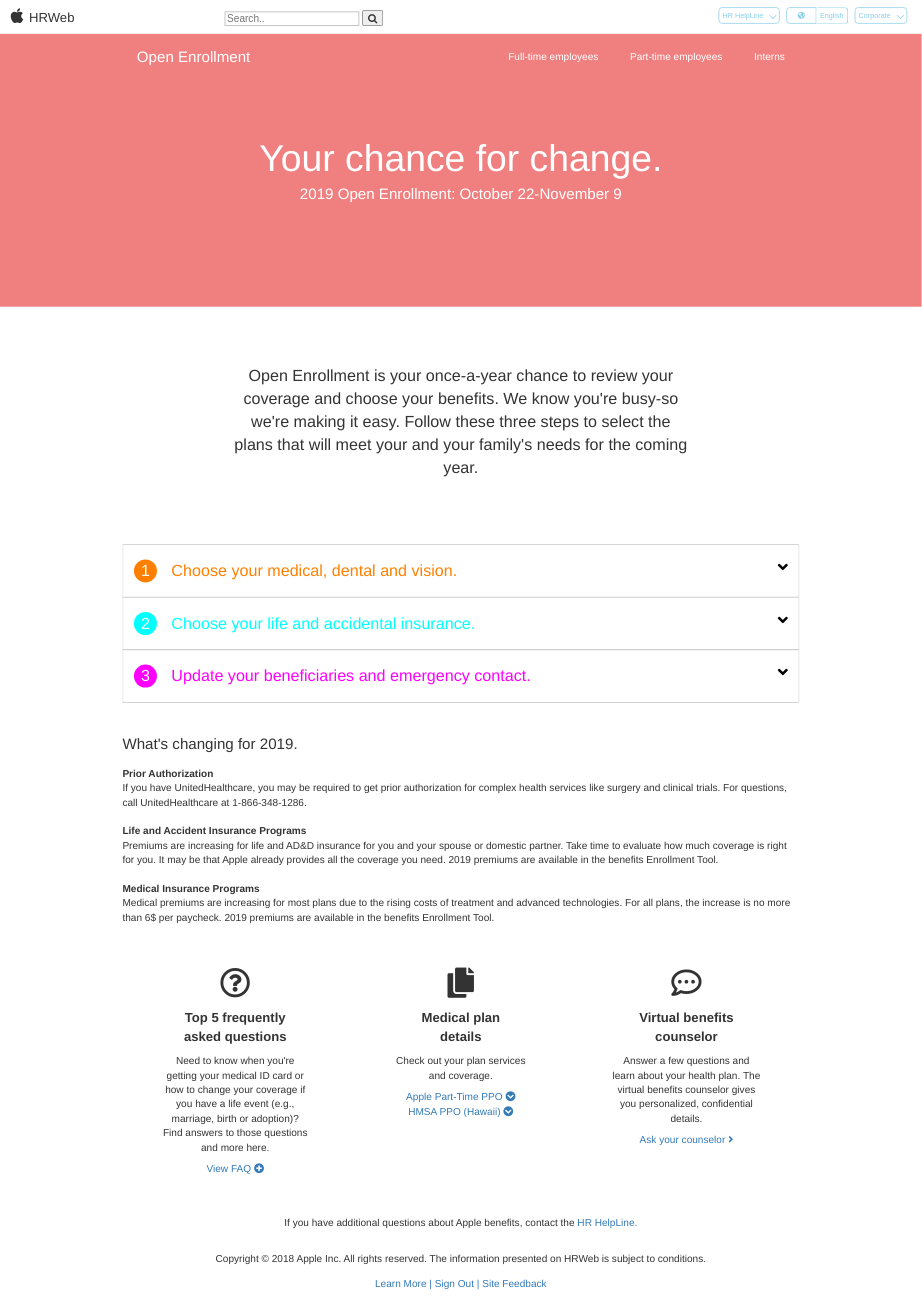
Repository: rmcc0724/templates
Page: index.html
The author's editor kept a record of every edit. The page is drawn from the files as they stood at one moment, then again after the next edit.
The browser window is 1280 px wide. The pictures show the whole page, at 72% of full size.
Some web libraries are served in a nearby version.

Above is the page before.

### index.html
<!DOCTYPE html>
<html lang="en">
<head>
  <meta name="viewport" content="width=device-width, initial-scale=1" <title>
  </title>
  <link rel="stylesheet" href="https://use.fontawesome.com/releases/v5.5.0/css/all.css" integrity="sha384-B4dIYHKNBt8Bc12p+WXckhzcICo0wtJAoU8YZTY5qE0Id1GSseTk6S+L3BlXeVIU" crossorigin="anonymous">
  <link rel="stylesheet" href="https://maxcdn.bootstrapcdn.com/bootstrap/3.3.7/css/bootstrap.min.css">
  <link rel="stylesheet" href="https://cdnjs.cloudflare.com/ajax/libs/font-awesome/4.7.0/css/font-awesome.min.css">
  <script src="https://ajax.googleapis.com/ajax/libs/jquery/3.3.1/jquery.min.js"></script>
  <script src="https://maxcdn.bootstrapcdn.com/bootstrap/3.3.7/js/bootstrap.min.js"></script>
  <script src="https://cdnjs.cloudflare.com/ajax/libs/popper.js/1.14.5/umd/popper.min.js"></script>
  <link rel="stylesheet" href="css/normalize.css">
  <link rel="stylesheet" href="css/style.css">
  <link rel="stylesheet" href="css/responsive.css">
</head>
<body>
  <div id="top-items">
    <p><i class="fab fa-apple fa-x3"></i>HRWeb</p>
    <div class="searchForm example">
      <input type="text" placeholder="Search.." name="search">
      <button type="submit"><i class="fa fa-search"></i></button>
    </div>

    <div class="dropdownItems">
      <div class="dropdown">
        <button class="dropbtn">HR HelpLine<i class="arrow down"></i></button>
        <div id="myDropdown" class="dropdown-content">
          <a href="#hrhelpline">1800-HR</a>
        </div>
      </div>
      <div class="dropdown earth">
        <button class="dropbtn"><i class="fas fa-globe-americas"></i></button>
        <div id="myDropdown" class="dropdown-content">
        </div>
      </div><div class="dropdown">
        <button class="dropbtn eng">English</button>
        <div id="myDropdown" class="dropdown-content">
          <a href="#hrhelpline">English</a>
        </div>
      </div>
      <div class="dropdown">
        <button class="dropbtn">Corporate<i class="arrow down"></i></button>
        <div id="myDropdown" class="dropdown-content">
          <a href="#hrhelpline">Corporate</a>
        </div>
      </div>
    </div>
  </div>
  <header>
    <div class="nav-links">
      <h3>Open Enrollment</h3>
      <nav>
        <ul>
          <li><a href="#">Full-time employees</a></li>
          <li><a href="#">Part-time employees</a></li>
          <li><a href="#">Interns</a></li>
        </ul>
      </nav>
    </div>
    <div class="change">
      <h1 class="text-center">Your chance for change.</h1>
      <h4 class="text-center">2019 Open Enrollment: October 22-November 9</h4>
    </div>
  </header>
  <div class="container">
    <div class="chance">
      <p>Open Enrollment is your once-a-year chance to review your coverage and choose your benefits. We know you're busy-so we're making it easy. Follow these three steps to select the plans that will meet your and your family's needs for the coming year.</p>
      <!----Here I used the bootstrap accordion function -->
      <div class="panel-group" id="accordion">
        <div class="panel panel-default panel_1">
          <div class="panel-heading">
            <h4 class="panel-title">
              <a data-toggle="collapse" data-parent="#accordion" href="#collapse1"><span class="nums num1">1 </span><span>Choose your medical, dental and vision.</span><i class="fas fa-angle-down"></i></a>
            </h4>
          </div>
          <div id="collapse1" class="panel-collapse collapse">
            <div class="panel-body">Medical, dental, and vision info here.</div>
          </div>
        </div>
        <div class="panel panel-default panel_2">
          <div class="panel-heading">
            <h4 class="panel-title">
              <a data-toggle="collapse" data-parent="#accordion" href="#collapse2"><span class="nums num2">2 </span><span>Choose your life and accidental insurance.</span><i class="fas fa-angle-down"></i></a>
            </h4>
          </div>
          <div id="collapse2" class="panel-collapse collapse">
            <div class="panel-body">Life and accidental insurance info here.</div>
          </div>
        </div>
        <div class="panel panel-default panel_3">
          <div class="panel-heading">
            <h4 class="panel-title">
              <a data-toggle="collapse" data-parent="#accordion" href="#collapse3"><span class="nums num3">3 </span><span>Update your beneficiaries and emergency contact.</span><i class="fas fa-angle-down"></i></a>
            </h4>
          </div>
          <div id="collapse3" class="panel-collapse collapse">
            <div class="panel-body">Beneficiaries and emergency contact info here.</div>
          </div>
        </div>
      </div>
    </div>
    <div class="changing">
      <h3>What's changing for 2019.</h3>
      <p><strong>Prior Authorization</strong><br/> If you have UnitedHealthcare, you may be required to get prior authorization for complex health services like surgery and clinical trials. For questions, call UnitedHealthcare at 1-866-348-1286.</p>

      <p><strong>Life and Accident Insurance Programs</strong><br/> Premiums are increasing for life and AD&D insurance for you and your spouse or domestic partner. Take time to evaluate how much coverage is right for you. It may be that Apple already provides
        all the coverage you need. 2019 premiums are available in the benefits Enrollment Tool.</p>

      <p><strong>Medical Insurance Programs</strong><br/> Medical premiums are increasing for most plans due to the rising costs of treatment and advanced technologies. For all plans, the increase is no more than 6$ per paycheck. 2019 premiums are available
        in the benefits Enrollment Tool.
      </p>
    </div>
    <div class="bottom">

      <div class="faq">
        <p><i class="far fa-question-circle fa-3x"></i></p>
        <p class=bottom-title><strong>Top 5 frequently<br />asked questions</strong></p>
          <p class=bottom-text>Need to know when you're getting your medical ID card or how to change your coverage if you have a life event (e.g., marriage, birth or adoption)? Find answers to those questions and more here.</p>
         <p class=bottom-link><a href="#">View FAQ <i class="fas fa-plus-circle "></i></a>
        </p>
      </div>
      <div class="faq">
        <p><i class="fas fa-copy fa-3x"></i></p>
        <p class=bottom-title><strong>Medical plan <br/>details</strong></p>
        <p class=bottom-text>Check out your plan services and coverage.<br/>
        <p class=bottom-link><a href="#">Apple Part-Time PPO <i class="fas fa-chevron-circle-down"></i></a></p>
        <p><a href="#">HMSA PPO (Hawaii) <i class="fas fa-chevron-circle-down"></i></a>
        </p>
      </div>

      <div class="faq">
        <p><i class="far fa-comment-dots fa-3x"></i></p>
        <p class=bottom-title> <strong>Virtual benefits<br/>counselor</strong></p>
        <p class=bottom-text>Answer a few questions and learn about your health plan. The virtual benefits counselor gives you personalized, confidential details.<p/>
          <p class=bottom-link><a chref="#">Ask your counselor <i class="fas fa-angle-right"></i></a>
        </p>
      </div>
    </div>
    <footer>
      <p class="text-center questions">If you have additional questions about Apple benefits, contact the <a ref="#">HR HelpLine.</a></p>
      <p class="copyright">Copyright &#169; 2018 Apple Inc. All rights reserved. The information presented on HRWeb is subject to conditions.</p>
      <ul class="footer-links">
        <li><a href="#">Learn More |</a></li>
        <li><a href="#"> Sign Out |</a></li>
        <li><a href="#"> Site Feedback</a></li>
      </ul>
    </footer>
  </div>
</body>
</html>

### css/style.css
body {
    margin: 0 auto;
}

a:hover {
    text-decoration: none;
}

.container {
    max-width: 970px;
    padding-top: 0px;
}

/************************************************/

/*    Header:       */

/************************************************/

header {
    background-color: lightcoral;
    padding-top: 10px;
    padding-bottom: 15px;
}

nav ul li {
    display: block;
}


h3 {
    margin: 10px 0 20px;
    font-size: 1.5em;
}

h4 {
    font-size: 1em;
    margin: 1em 0;
}

#top-items,
#top,
ul {
    text-align: center;
}

ul li {
    list-style: none;
}


ul {
    padding-left: 0 !important;
}

h1 {
    font-size: 1.9em;
}


.nav-links h3,
.nav-links nav a {
    color: #fff;
}

header,
.nav-links nav a {
    color: white;
    margin-top: 15px;
}

#top-items p {
    margin: 15px 0 10px;
    font-size: 20pt;
}




.example input {
    border-style: solid;
    border-width: 1pt;
    border-color: #afafaf;
}



.changing {
    margin-top: 25px;
}

.dropdown {
    float: right;
    position: relative;
    display: inline-block;
}

.dropdown a:hover {
    background-color: #ddd;
}

.show {
    display: block;
}


.dropdown.earth button {
    margin-right: 0;
    border-bottom-right-radius: 0;
    border-top-right-radius: 0;
}

.dropbtn i.fas.fa-globe-americas {
    border: none;
    display: inline-block;
    padding: 0;
    margin-right: 10px;
}

.dropbtn.eng {
    border-bottom-left-radius: 0;
    border-top-left-radius: 0;
    border-left: 0;
}


.example button {
    vertical-align: baseline;
}



.searchForm {
    display: inline;
}


.change h4 {
    margin: 5px 15px;
}

.change h1 {
    margin: 10px 15px;
}

i.fab.fa-apple {
    margin-right: 8px;
    font-size: 1.3em;
}

/************************************************/

/*    Body:       */

/************************************************/

.chance {
    margin: 0 auto;
    margin-top: 15px;
}


.chance p {
    text-align: center;
    max-width: 700px;
    margin: 0px auto 15px;
}

.dropdown {
    float: initial;
    position: relative;
    display: inline-block;
}


.dropbtn {
    background-color: #fff;
    color: skyblue;
    padding: 5px;
    font-size: 10px;
    border: none;
    cursor: pointer;
    border-style: solid;
    border-radius: 5px;
    border-width: thin;
    margin-top: 15px;
}

.dropbtn:hover,
.dropbtn:focus {
    background-color: #fff;
}



.dropdown-content {
    display: none;
    position: absolute;
    background-color: #f1f1f1;
    min-width: 160px;
    overflow: auto;
    box-shadow: 0px 8px 16px 0px rgba(0, 0, 0, 0.2);
    right: 0;
    z-index: 1;
}

.dropdown-content a {
    color: black;
    padding: 12px 16px;
    text-decoration: none;
    display: block;
}

.dropdown i {
    border: solid skyblue;
    border-width: 0 1px 1px 0;
    display: inline-block;
    padding: 3px;
    margin-left: 10px;
}

.right {
    transform: rotate(-45deg);
    -webkit-transform: rotate(-45deg);
}

.left {
    transform: rotate(135deg);
    -webkit-transform: rotate(135deg);
}

.up {
    transform: rotate(-135deg);
    -webkit-transform: rotate(-135deg);
}

.down {
    transform: rotate(45deg);
    -webkit-transform: rotate(45deg);
}

.bottom {
    display: block;
    margin: 25px 0 35px;
}


.bottom strong {
    font-size: 1.3em;
}


.bottom p,
.text-center.questions {
    margin-bottom: 0;
    text-align: center;
}

.bottom-desk,
i.fas.fa-angle-down {
    display: none;
}

.bottom-mobile {
display: block;
}


.fas.fa-globe-americas {
    border: solid white;
    border-width: 0 1px 1px 0;
    display: inline-block;
    margin-right: 10px;
}

.panel-title a,
.panel-title a:hover {
    text-decoration: none;
}

.panel-title {
    font-size: .9em;
}


#accordion i.fas.fa-chevron-circle-down {
    display: none;
}

.nums {
    margin-right: 5px;
}

#accordion {
    margin: 0 auto;
}


.faq {
    margin-bottom: 20px;
    padding: 0 30px;
}

p.text-center.questions {
    margin-bottom: 30px;
}

p.bottom-link {
    margin-top: 10px;
}

/************************************************/

/*    Footer:       */

/************************************************/

footer li {
    display: inline-block;
}

footer p,
header h3 {
    text-align: center;
}


footer {
    margin-top: 0px;
}

### css/responsive.css
/************************************************/

/*    Header:       */

/************************************************/

@media screen and (min-width: 768px) {
    nav ul li {
        display: inline;
    }

    nav ul {
        float: right;
    }

    header {
        margin-top: 0;
        background-color: lightcoral;
        padding-top: 20px;
        padding-bottom: 140px;
    }

    header ul li {
        margin-left: 40px;
    }

    header h3,
    nav {
        display: inline;
    }


    h1 {
        font-size: 2.7em;
    }

    .nav-links {
        max-width: 940px;
        margin: 0 auto;
        padding: 0 20px;
    }

    #top-items {
        text-align: initial;
        padding: 10px 15px;
    }


    #top-items p,
    #top-items .example {
        display: inline-block;
    }

    .change {
        padding-top: 90px;
    }
    .dropdownItems {
        float: right;
    }

    #top-items p {
        margin: 0px;
        font-size: 1.3em;
    }


    .searchForm.example {
        text-align: right;
        width: 30%;
        margin-left: 4%;
        /* margin-bottom: 5px; */
    }

    .nav-links ul {
        margin: 1px 0 0;
    }

    .dropbtn {
        margin-top: 0px;
    }

    /************************************************/
    /*    Body:       */
    /************************************************/
    .dropdown {
        position: relative;
        display: inline-block;
    }

    .bottom div {
 width: 28.33%;
        margin: 0 auto;
    }


    .bottom {
        margin: 40px 0 55px;
        display: -webkit-inline-flex;
    }

    .bottom-desk {
        display: -webkit-inline-flex;
    }

    .bottom-mobile {
        display: none;
    }

    button.dropbtn {
        margin-right: 5px;
    }

    .chance p {
        margin: 0px auto 90px;
        text-align: center;
        font-size: 1.6em;
        max-width: 635px;
    }
    .chance {
        margin: 0 auto;
        margin-top: 80px;
    }

    h4 {
        font-size: 1.5em;
    }

    .changing {
        margin-top: 45px;
    }

  .bottom-title {
      margin-bottom: 10px !important;
  }

    .changing p {
        margin: 0 0 20px;
    }


    .panel-heading {
        padding: 20px 15px;
        border-bottom: 1px solid transparent;
        border-top-left-radius: 3px;
        border-top-right-radius: 3px;
    }

    .panel-default>.panel-heading {
        background-color: #fff;
    }

    .panel-default {
        border-color: #fff;
    }

    .panel {
        margin-bottom: 20px;
        background-color: #c3c3c3;
        border: 1px solid transparent;
        -webkit-box-shadow: 0 1px 1px rgba(0, 0, 0, .05);
        box-shadow: 0 0px 0px rgba(0, 0, 0, .05);
        border-left-color: #fff;
        border-right-color: #fff;
        border-bottom-left-radius: 0 !important;
        border-top-left-radius: 0 !important;
        border-bottom-right-radius: 0 !important;
        border-top-right-radius: 0 !important;
    }
    .panel-title {
        margin-top: 0;
        margin-bottom: 0;
        font-size: 1.6em;
        color: #fff;
    }
    .panel-group .panel-heading+.panel-collapse>.list-group,
    .panel-group .panel-heading+.panel-collapse>.panel-body {
        border-top: 0px solid #ddd;
    }


    .panel-default>.panel-heading {
        color: #333;
        border-color: #ddd;
        border-bottom-left-radius: 0 !important;
        border-top-left-radius: 0 !important;
        border-bottom-right-radius: 0 !important;
        border-top-right-radius: 0 !important;
    }

    .panel-group .panel+.panel {
        margin-top: -1px;
    }

    .panel-collapse {
        background-color: #fff;
    }
    .nums {
        height: 32px;
        width: 32px;
        border-radius: 50%;
        display: inline-block;
        padding-left: 10px;
        padding-top: 3.5px;
        color: #fff;
        margin-right: 20px;
    }

    .num1 {
        background-color: #ff8000;
    }

    .num2 {
        background-color: #00ffff;
    }

    .num3 {
        background-color: #ff00ff;
    }

    .panel_1 h4 {
        color: #ff8000;
    }

    .panel_2 h4 {
        color: #00ffff;
    }

    .panel_3 h4 {
        color: #ff00ff;
    }

    #accordion i.fas.fa-chevron-circle-down {
        display: inline;
        float: right;
    }

    i.fas.fa-angle-down {
        float: right;
        color: #000;
    }

    i.fas.fa-angle-down {
        display: -webkit-inline-box;
    }


    .far.fa-question-circle.fa-3x, .fas.fa-copy.fa-3x, .far.fa-comment-dots.fa-3x {
    margin-bottom: 15px;
}

}

@media screen and (min-width: 950px) {
    h1 {
        font-size: 3.7em;
    }
}

Loaded but not shown: css/normalize.css (library)

After the next edit:
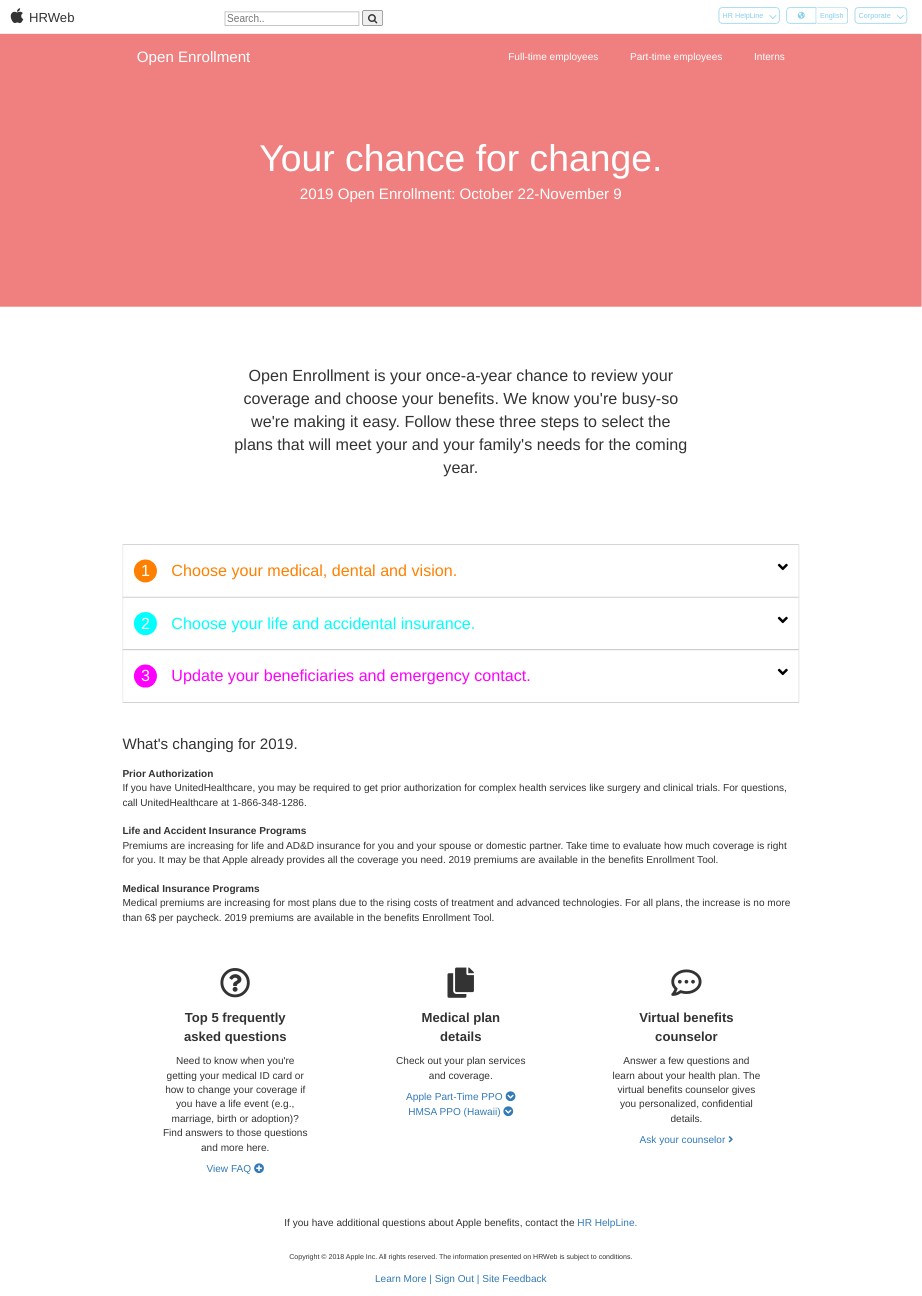
The edit:
--- a/css/responsive.css
+++ b/css/responsive.css
@@ -248,6 +248,14 @@
     margin-bottom: 15px;
 }
 
+
+    /************************************************/
+    /*    Footer:       */
+    /************************************************/
+
+p.copyright {
+    font-size: .7em;
+}
 }
 
 @media screen and (min-width: 950px) {
